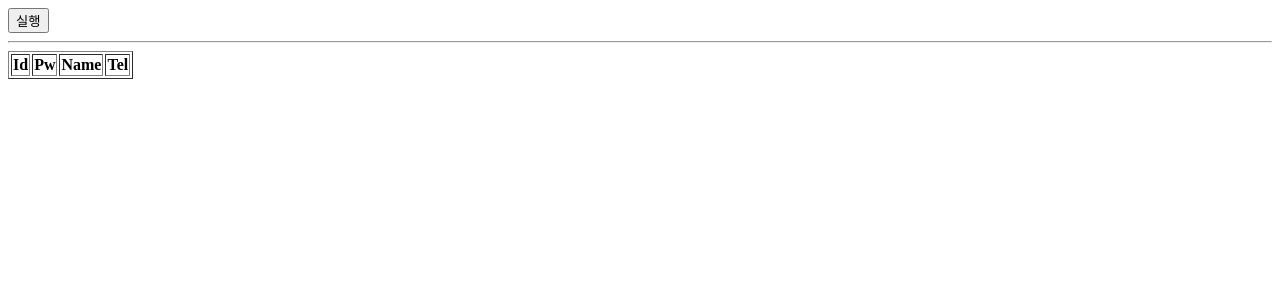
Repository: jinseon5462/Study_Jsp2
Page: http://localhost/ajax_crud/listView.jsp
The author's editor kept a copy of each file at every save. The page is drawn from the files as they stood at one save, then again after the next save.
The browser window is 1280 px wide. The pictures show the whole page.
The page is served by Tomcat 9.

Above is the page before, as saved 2023-01-03 12:15:18.

After the next save:
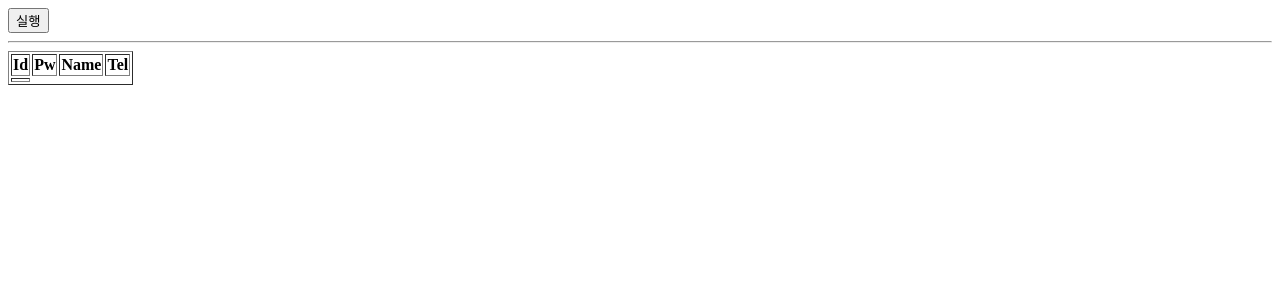
Console error: SyntaxError: Unexpected token '}'
Saved 69 s later.
--- a/jsp_ws/ajax_crud/src/main/webapp/listView.jsp
+++ b/jsp_ws/ajax_crud/src/main/webapp/listView.jsp
@@ -17,7 +17,9 @@
 		<th>Tel</th>
 	</tr>
 	<tbody>
-
+		<tr>
+			<td></td>
+		</tr>
 	</tbody>
 </table>
 <script>
@@ -34,10 +36,12 @@
 			/* for(int i = 0; i < obj.length(); i++){
 				tbody.innerHTML += "<tr><td>" + obj.id + "</td><td>" + obj.pw + "</td><td>" + obj.name + "</td><td>" + obj.tel + "</td></tr>";
 			} */
+
 			document.getElementById("id").value = obj.id;
 			document.getElementById("pw").value = obj.pw;
 			document.getElementById("name").value = obj.name;
 			document.getElementById("tel").value = obj.tel;
+			tbody.innerHTML += "<tr><td>" +
 		}
 		xhttp.open("GET", "text.txt");
 		xhttp.send();
